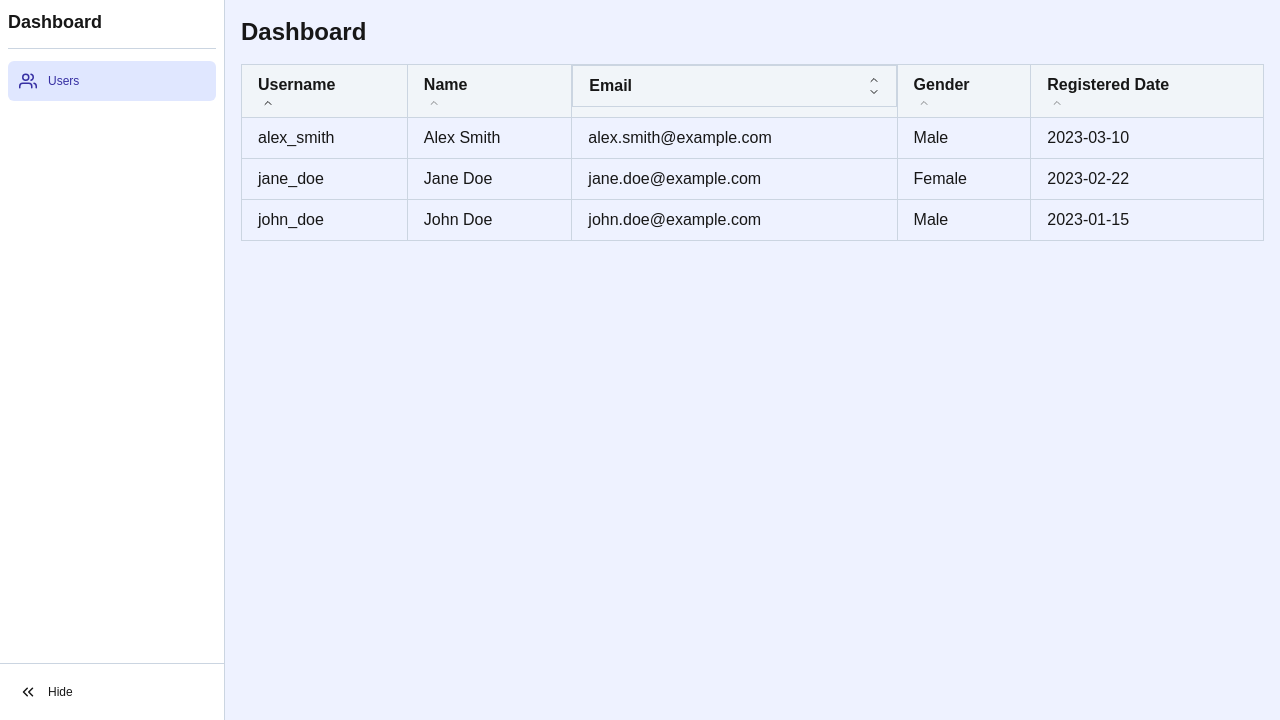
Repository: Ademaulana100499/userdashboard
Page: /
The author's editor kept a copy of each file at every save. The page is drawn from the files as they stood at one save, then again after the next save.
The browser window is 1280 px wide. The pictures show the whole page.
The project was rebuilt for these pictures with package versions that can differ from the ones it lists, and the page was loaded fresh each time. The framework's server and built-in components were replaced by stand-ins that run in the browser. Also part of the build but not shown: next.config.mjs.

Above is the page before, as saved 2025-02-14 18:50:07.

### src/pages/index.js
import React from "react";
import Sidebar from "@/components/Sidebar";
import DashboardContent from "@/components/DashboardContent";
const Dashboard = () => {
  return (
    <div className="flex bg-indigo-50">
      <Sidebar />
      <DashboardContent />
    </div>
  );
};

export default Dashboard;

### src/components/Sidebar.jsx
import React, { useState } from "react";
import { FiChevronsRight, FiUsers } from "react-icons/fi";
import { motion } from "framer-motion";
const Sidebar = () => {
  const [open, setOpen] = useState(true);
  const [selected, setSelected] = useState("Users");

  return (
    <motion.nav
      layout
      className="sticky top-0 h-screen shrink-0 border-r border-slate-300 bg-white p-2"
      style={{
        width: open ? "225px" : "fit-content",
      }}>
      <TitleSection open={open} />

      <div className="space-y-1">
        <Option
          Icon={FiUsers}
          title="Users"
          selected={selected}
          setSelected={setSelected}
          open={open}
        />
      </div>

      <ToggleClose open={open} setOpen={setOpen} />
    </motion.nav>
  );
};

const Option = ({ Icon, title, selected, setSelected, open, notifs }) => {
  return (
    <motion.button
      layout
      onClick={() => setSelected(title)}
      className={`relative flex h-10 w-full items-center rounded-md transition-colors ${
        selected === title
          ? "bg-indigo-100 text-indigo-800"
          : "text-slate-500 hover:bg-slate-100"
      }`}>
      <motion.div
        layout
        className="grid h-full w-10 place-content-center text-lg">
        <Icon />
      </motion.div>
      {open && (
        <motion.span
          layout
          initial={{ opacity: 0, y: 12 }}
          animate={{ opacity: 1, y: 0 }}
          transition={{ delay: 0.125 }}
          className="text-xs font-medium">
          {title}
        </motion.span>
      )}

      {notifs && open && (
        <motion.span
          initial={{ scale: 0, opacity: 0 }}
          animate={{
            opacity: 1,
            scale: 1,
          }}
          style={{ y: "-50%" }}
          transition={{ delay: 0.5 }}
          className="absolute right-2 top-1/2 size-4 rounded bg-indigo-500 text-xs text-white">
          {notifs}
        </motion.span>
      )}
    </motion.button>
  );
};

const TitleSection = ({ open }) => {
  return (
    <div className="mb-3 border-b border-slate-300 pb-3">
      <div className="flex cursor-pointer items-center justify-between rounded-md transition-colors hover:bg-slate-100">
        <div className="flex justify-center items-center">
          {open && (
            <motion.div
              layout
              initial={{ opacity: 0, y: 12 }}
              animate={{ opacity: 1, y: 0 }}
              transition={{ delay: 0.125 }}>
              <span className="block text-lg font-semibold">Dashboard</span>
            </motion.div>
          )}
        </div>
      </div>
    </div>
  );
};

const ToggleClose = ({ open, setOpen }) => {
  return (
    <motion.button
      layout
      onClick={() => setOpen((pv) => !pv)}
      className="absolute bottom-0 left-0 right-0 border-t border-slate-300 transition-colors hover:bg-slate-100">
      <div className="flex items-center p-2">
        <motion.div
          layout
          className="grid size-10 place-content-center text-lg">
          <FiChevronsRight
            className={`transition-transform ${open && "rotate-180"}`}
          />
        </motion.div>
        {open && (
          <motion.span
            layout
            initial={{ opacity: 0, y: 12 }}
            animate={{ opacity: 1, y: 0 }}
            transition={{ delay: 0.125 }}
            className="text-xs font-medium">
            Hide
          </motion.span>
        )}
      </div>
    </motion.button>
  );
};

export default Sidebar;

### src/components/DashboardContent.jsx
import { FiChevronUp, FiChevronDown } from "react-icons/fi";
import { useState } from "react";

const DashboardContent = () => {
  const [sortConfig, setSortConfig] = useState({
    key: "username",
    direction: "asc",
  });

  const data = [
    {
      username: "john_doe",
      name: "John Doe",
      email: "john.doe@example.com",
      gender: "Male",
      registeredDate: "2023-01-15",
    },
    {
      username: "jane_doe",
      name: "Jane Doe",
      email: "jane.doe@example.com",
      gender: "Female",
      registeredDate: "2023-02-22",
    },
    {
      username: "alex_smith",
      name: "Alex Smith",
      email: "alex.smith@example.com",
      gender: "Male",
      registeredDate: "2023-03-10",
    },
  ];

  const sortedData = [...data].sort((a, b) => {
    if (sortConfig.key) {
      const aValue = a[sortConfig.key];
      const bValue = b[sortConfig.key];

      if (aValue < bValue) return sortConfig.direction === "asc" ? -1 : 1;
      if (aValue > bValue) return sortConfig.direction === "asc" ? 1 : -1;
      return 0;
    }
    return 0;
  });

  const requestSort = (key) => {
    let direction = "asc";
    if (sortConfig.key === key && sortConfig.direction === "asc") {
      direction = "desc";
    }
    setSortConfig({ key, direction });
  };

  const getArrowIcon = (column) => {
    if (sortConfig.key === column) {
      return sortConfig.direction === "asc" ? (
        <FiChevronUp className="text-xs ml-1" />
      ) : (
        <FiChevronDown className="text-xs ml-1" />
      );
    }
    return <FiChevronUp className="text-xs ml-1 opacity-50" />;
  };

  return (
    <div className="flex-1 p-4">
      <h1 className="text-2xl font-semibold mb-4">Dashboard</h1>
      <table className="min-w-full table-auto border-collapse border border-slate-300">
        <thead>
          <tr className="bg-slate-100">
            <th
              className="border border-slate-300 px-4 py-2 text-left cursor-pointer"
              onClick={() => requestSort("username")}>
              Username {getArrowIcon("username")}
            </th>
            <th
              className="border border-slate-300 px-4 py-2 text-left cursor-pointer"
              onClick={() => requestSort("name")}>
              Name {getArrowIcon("name")}
            </th>
            <th
              className="border flex justify-between border-slate-300 px-4 py-2 text-left cursor-pointer"
              onClick={() => requestSort("email")}>
              Email
              <div>
                <FiChevronUp className="text-xs ml-1" />
                <FiChevronDown className="text-xs ml-1" />
              </div>
            </th>
            <th
              className="border border-slate-300 px-4 py-2 text-left cursor-pointer"
              onClick={() => requestSort("gender")}>
              Gender {getArrowIcon("gender")}
            </th>
            <th
              className="border border-slate-300 px-4 py-2 text-left cursor-pointer"
              onClick={() => requestSort("registeredDate")}>
              Registered Date {getArrowIcon("registeredDate")}
            </th>
          </tr>
        </thead>
        <tbody>
          {sortedData.map((user, index) => (
            <tr key={index} className="hover:bg-slate-50">
              <td className="border border-slate-300 px-4 py-2">
                {user.username}
              </td>
              <td className="border border-slate-300 px-4 py-2">{user.name}</td>
              <td className="border border-slate-300 px-4 py-2">
                {user.email}
              </td>
              <td className="border border-slate-300 px-4 py-2">
                {user.gender}
              </td>
              <td className="border border-slate-300 px-4 py-2">
                {user.registeredDate}
              </td>
            </tr>
          ))}
        </tbody>
      </table>
    </div>
  );
};

export default DashboardContent;

Loaded but not shown: src/pages/_app.js (common file); src/pages/_document.js (common file); src/styles/globals.css (common file); tailwind.config.mjs (common file)

After the next save:
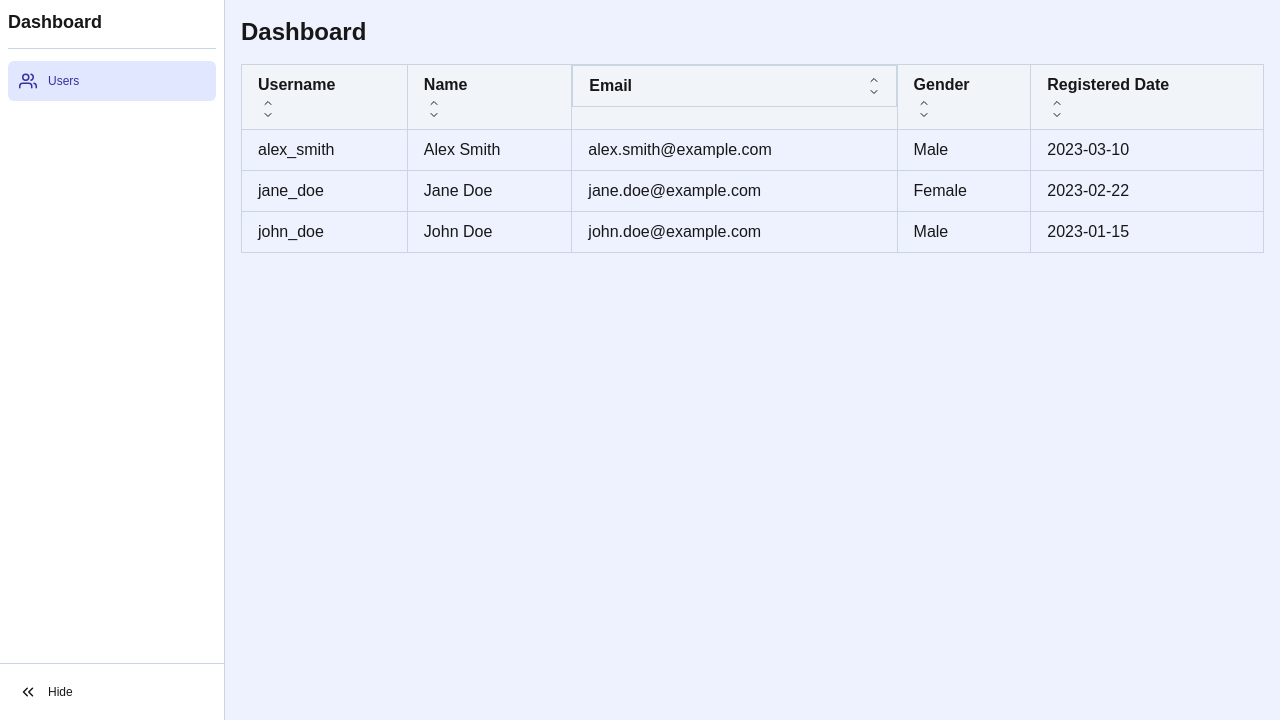
Saved 49 s later.
--- a/src/components/DashboardContent.jsx
+++ b/src/components/DashboardContent.jsx
@@ -71,12 +71,20 @@ const DashboardContent = () => {
             <th
               className="border border-slate-300 px-4 py-2 text-left cursor-pointer"
               onClick={() => requestSort("username")}>
-              Username {getArrowIcon("username")}
+              Username{" "}
+              <div>
+                <FiChevronUp className="text-xs ml-1" />
+                <FiChevronDown className="text-xs ml-1" />
+              </div>
             </th>
             <th
               className="border border-slate-300 px-4 py-2 text-left cursor-pointer"
               onClick={() => requestSort("name")}>
-              Name {getArrowIcon("name")}
+              Name{" "}
+              <div>
+                <FiChevronUp className="text-xs ml-1" />
+                <FiChevronDown className="text-xs ml-1" />
+              </div>
             </th>
             <th
               className="border flex justify-between border-slate-300 px-4 py-2 text-left cursor-pointer"
@@ -90,12 +98,20 @@ const DashboardContent = () => {
             <th
               className="border border-slate-300 px-4 py-2 text-left cursor-pointer"
               onClick={() => requestSort("gender")}>
-              Gender {getArrowIcon("gender")}
+              Gender{" "}
+              <div>
+                <FiChevronUp className="text-xs ml-1" />
+                <FiChevronDown className="text-xs ml-1" />
+              </div>
             </th>
             <th
               className="border border-slate-300 px-4 py-2 text-left cursor-pointer"
               onClick={() => requestSort("registeredDate")}>
-              Registered Date {getArrowIcon("registeredDate")}
+              Registered Date{" "}
+              <div>
+                <FiChevronUp className="text-xs ml-1" />
+                <FiChevronDown className="text-xs ml-1" />
+              </div>
             </th>
           </tr>
         </thead>
